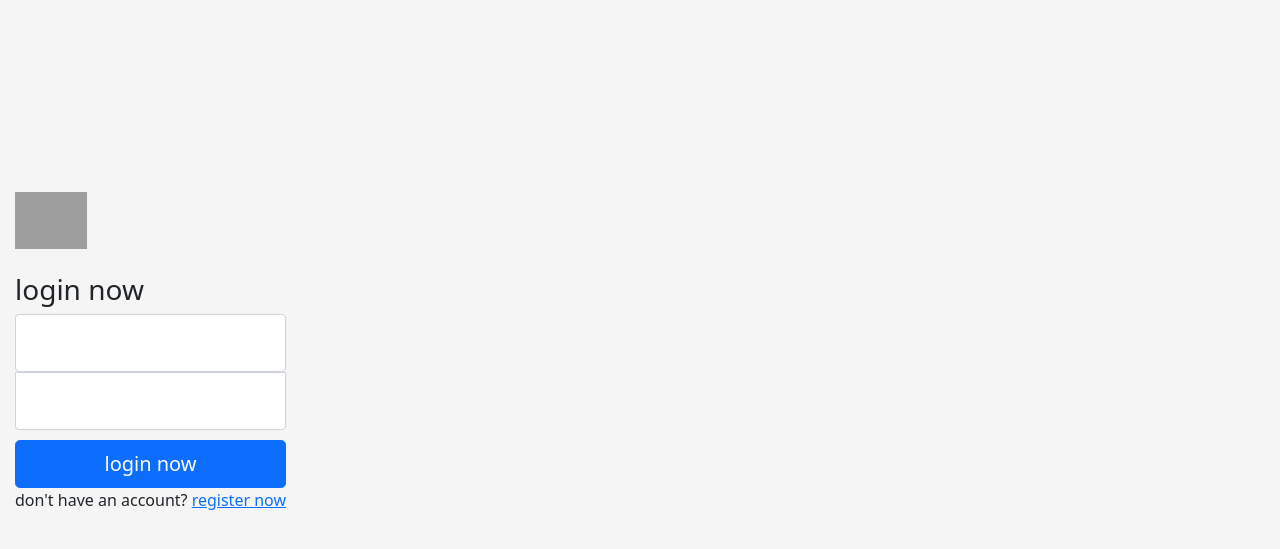
Repository: kluivert-ssali/katoMessi
Page: http://localhost/login.php
An editor plug-in stored every save of this project. The page is shown before and after a run of saves, followed by the edit.
The browser window is 1280 px wide. The pictures show the whole page.
Pictures or frames that could not be fetched are drawn as grey boxes. The page is run by PHP 8.4 with error messages shown; the project is at /var/www/html/.

Above is the page before, as saved 2022-05-16 14:47:00.

After the next 2 saves:
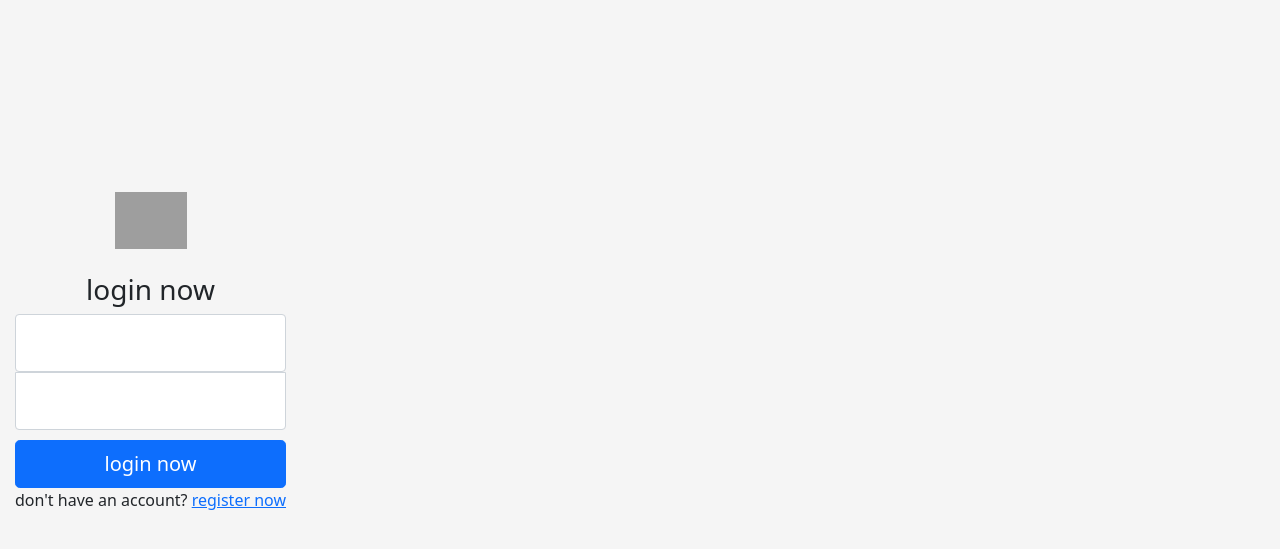
The 2 saves are shown as one change because they came seconds apart.
The last was saved 7 s later.
--- a/login.php
+++ b/login.php
@@ -125,7 +125,7 @@ body {
    </style>
 
 </head>
-<body class="bd-placeholde">
+<body class="text-center">
 <div class="form-container">
     <main class="form-signin">
       <form action="" method="post">
